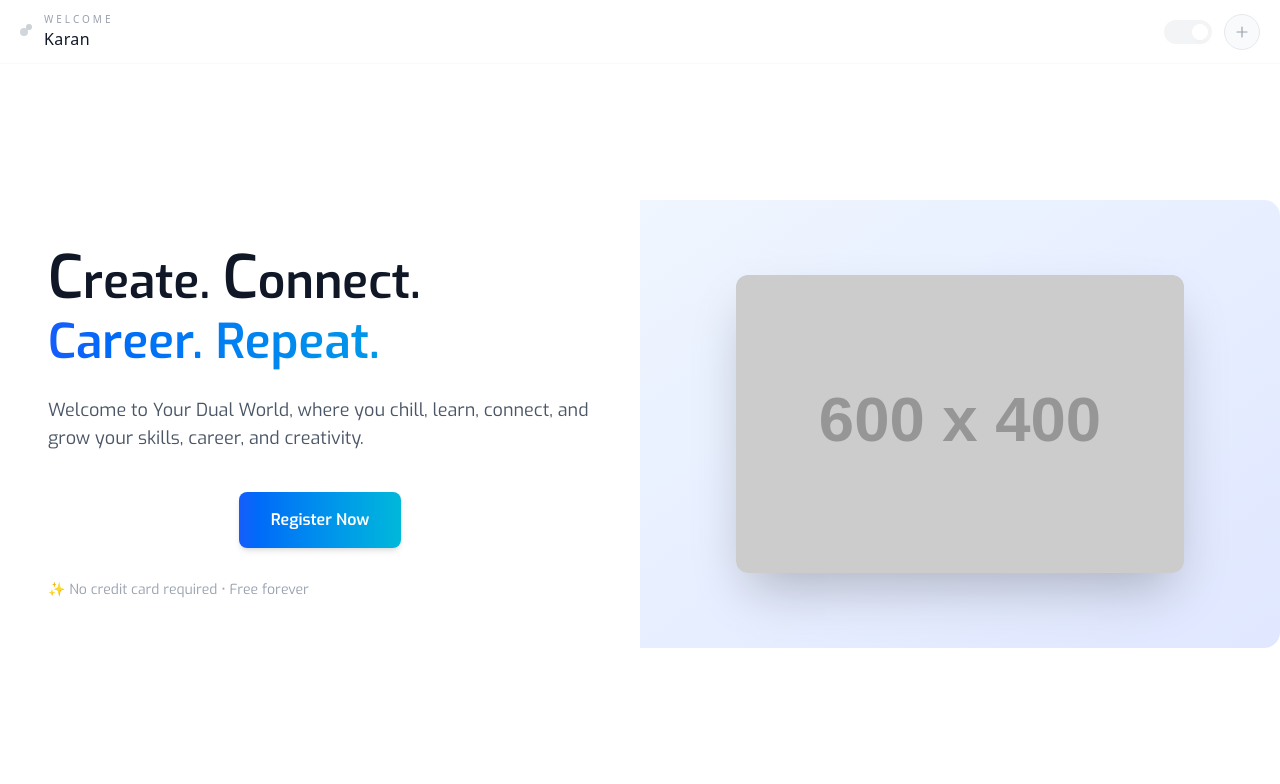
Repository: deepak445566/job
Page: / (app in frontend/)
An editor plug-in stored every save of this project. The page is shown before and after the next save, followed by the edit.
The browser window is 1280 px wide. The pictures show the whole page.
The page's requests for data from a server got no answer. Some web fonts or font styles are not loaded; a fallback is used. The project was rebuilt for these pictures with package versions that can differ from the ones it lists, and the page was loaded fresh each time. Some packages were replaced by stand-ins written for this rebuild. No one was signed in, and anything a server would have sent is missing. Also part of the build but not shown: frontend/vite.config.js, frontend/src/Components/auth/Login.jsx, frontend/src/Components/study/StudyDashboard.jsx, frontend/src/Components/chill/ChillDashboard.jsx.

Above is the page before, as saved 2026-02-26 14:08:42.

### frontend/index.html
<!doctype html>
<html lang="en">
  <head>
    <meta charset="UTF-8" />
    <link rel="icon" type="image/svg+xml" href="/vite.svg" />
    <meta name="viewport" content="width=device-width, initial-scale=1.0" />
    <title>frontend</title>
    <link rel="preconnect" href="https://fonts.googleapis.com">
<link rel="preconnect" href="https://fonts.gstatic.com" crossorigin>
<link href="https://fonts.googleapis.com/css2?family=Exo:ital,wght@0,100..900;1,100..900&family=Playfair+Display:ital,wght@0,400..900;1,400..900&display=swap" rel="stylesheet">
  </head>
  <body>
    <div id="root"></div>
    <script type="module" src="/src/main.jsx"></script>
  </body>
</html>

### frontend/src/main.jsx
import { StrictMode } from 'react'
import { createRoot } from 'react-dom/client'
import './index.css'
import App from './App.jsx'
import {BrowserRouter} from 'react-router-dom'
import { AppContextProvider } from './context/AppContextProvider.jsx'




createRoot(document.getElementById('root')).render(
  <BrowserRouter>
  <AppContextProvider>
  <StrictMode>
    <App />
  </StrictMode>
  </AppContextProvider>
  </BrowserRouter>
)

### frontend/src/index.css
@import "tailwindcss";
.exo{
  font-family: "Exo", sans-serif;

  font-style: normal;
}

### frontend/src/App.jsx
import React from "react";
import Login from "./Components/auth/Login";
import { Route, Routes } from "react-router-dom";
import Dashboard from "./Components/Dashboard";
import { useAppContext } from "./context/AppContextProvider";
import Navbar from "./Components/common/Navbar";

function App() {
  const { showLogin } = useAppContext(); // user bhi lein context se

  return (
    <div>
      {/* Navbar hamesha dikhega */}
      <Navbar />

      {/* Login modal - tabhi dikhega jab showLogin true ho */}
      {showLogin && <Login />}

      <Routes>
        <Route path="/" element={<Dashboard />} />
      </Routes>
    </div>
  );
}

export default App;

### frontend/src/context/AppContextProvider.jsx
import { useContext, useEffect, useState } from "react";
import { useNavigate } from "react-router-dom";
import axios from "axios";
import { AppContext } from "./AppContext";
import toast from 'react-hot-toast';

axios.defaults.withCredentials = true;
axios.defaults.baseURL = import.meta.env.VITE_BACKEND_URL;
console.log("Base URL:", import.meta.env.VITE_BACKEND_URL);

export const AppContextProvider = ({ children }) => {
  const navigate = useNavigate();
  const [user, setUser] = useState(null);
  const [mode, setMode] = useState('chill'); // Default 'chill' ya 'study'
  const [showLogin, setShowLogin] = useState(false);
  const [loading, setLoading] = useState(true);

  const fetchUser = async () => {
    try {
      const { data } = await axios.get("/api/auth/isauth");
      if (data.success) {
        setUser(data.user);
        // User login hai toh uski mode fetch karo
        fetchUserMode();
      }
    } catch (error) {
      setUser(null);
    } finally {
      setLoading(false);
    }
  };

  // User ka mode fetch karne ka function
  const fetchUserMode = async () => {
    try {
      const { data } = await axios.get("/api/mode/");
      if (data.success) {
        setMode(data.mode);
      }
    } catch (error) {
      console.log("Error fetching mode:", error);
    }
  };

  // Mode toggle karne ka function
  const toggleMode = async () => {
    if (!user) {
      toast.error("Please login first");
      setShowLogin(true);
      return;
    }

    try {
      const { data } = await axios.put("/api/mode/switch");
      if (data.success) {
        setMode(data.mode);
        toast.success(data.message);
      }
    } catch (error) {
      toast.error(error.response?.data?.message || "Error switching mode");
    }
  };

  useEffect(() => {
    fetchUser();
  }, []);

  return (
    <AppContext.Provider
      value={{
        navigate,
        user,
        setUser,
        axios,
        setShowLogin,
        showLogin,
        mode,
        setMode,
        toggleMode,
        loading
      }}
    >
      {children}
    </AppContext.Provider>
  );
};

export const useAppContext = () => useContext(AppContext);

### frontend/src/Components/Dashboard.jsx
// components/Dashboard.jsx
import React from 'react';
import { useAppContext } from '../context/AppContextProvider';
import StudyDashboard from './study/StudyDashboard';
import ChillDashboard from './chill/ChillDashboard';

function Dashboard() {
  const { mode, user, setShowLogin, loading } = useAppContext();

  // Loading state
  if (loading) {
    return (
      <div className="min-h-screen flex items-center justify-center">
        <div className="text-center">
          <div className="w-16 h-16 border-4 border-blue-500 border-t-transparent rounded-full animate-spin mx-auto mb-4"></div>
          <p className="text-gray-600">Loading dashboard...</p>
        </div>
      </div>
    );
  }

  // Agar user login nahi hai
  if (!user) {
    return (
     <div className="min-h-screen  flex items-center justify-center  exo">

      <div className=" w-full   rounded-2xl overflow-hidden flex flex-col md:flex-row">

        {/* Left side: Text and button */}
        <div className="w-full md:w-1/2 p-5 sm:p-10 lg:p-12 flex flex-col justify-center space-y-6">
          {/* Heading */}
          <h1 className="text-4xl sm:text-5xl font-semibold text-gray-900 leading-tight">
           <span className='text-6xl'>C</span>reate.  <span className='text-6xl'>C</span>onnect.
            <span className="text-transparent bg-clip-text bg-gradient-to-r from-blue-600 to-cyan-500 block ">
            Career. Repeat.
            </span>
          </h1>

          {/* Paragraph */}
          <p className="text-lg text-gray-600 ">
           Welcome to Your Dual World, where you chill, learn, connect, and grow your skills, career, and creativity.
          </p>

          {/* Register Now Button */}
          <div className="pt-4 flex justify-center">
            <button className="px-8 py-4 bg-gradient-to-r from-blue-600 to-cyan-500 text-white font-semibold rounded-lg shadow-md hover:shadow-lg transform hover:scale-105 transition-all duration-300 ease-in-out focus:outline-none focus:ring-2 focus:ring-blue-400 focus:ring-offset-2">
              Register Now
            </button>
          </div>

          {/* Optional extra trust indicator */}
          <p className="text-sm text-gray-400 pt-2">✨ No credit card required • Free forever</p>
        </div>

        {/* Right side: Image */}
        <div className="w-full md:w-1/2 bg-gradient-to-br from-blue-50 to-indigo-100 flex items-center justify-center p-8 sm:p-10 lg:p-12">
          {/*
            Using a placeholder image from placeholder.com.
            Replace the src with your own image.
            The image is made responsive with object-fit to maintain aspect ratio.
          */}
          <img
            src="https://placehold.co/600x400/3b82f6/ffffff/png?text=Your+Image+Here&font=montserrat"
            alt="Hero visual representing our platform"
            className="w-full h-auto max-w-md rounded-xl shadow-2xl object-cover transform hover:scale-105 transition-transform duration-500"
          />
        </div>
      </div>
    </div>
    );
  }

  // Mode ke hisaab se dashboard render karo
  return (
    <div className="transition-all duration-500">
      {mode === 'study' ? <StudyDashboard /> : <ChillDashboard />}
    </div>
  );
}

export default Dashboard;

### frontend/src/Components/common/Navbar.jsx
import React, { useState } from "react";
import { useAppContext } from "../../context/AppContextProvider";
import toast from "react-hot-toast";

function Navbar() {
  const { user, setUser, axios, setShowLogin, navigate, mode, toggleMode } =
    useAppContext();
  const [loggingOut, setLoggingOut] = useState(false);
  const [togglingMode, setTogglingMode] = useState(false);
  const [showProfileMenu, setShowProfileMenu] = useState(false);

  const handleLogout = async () => {
    try {
      setLoggingOut(true);
      const { data } = await axios.post("/api/auth/logout");
      if (data.success) {
        setUser(null);
        setShowLogin(true);
        toast.success("Logged out successfully");
        navigate("/");
      } else {
        toast.error(data.message || "Logout failed");
      }
    } catch (error) {
      toast.error(error.response?.data?.message || "Error logging out");
    } finally {
      setLoggingOut(false);
      setShowProfileMenu(false);
    }
  };

  const handleToggleMode = async () => {
    try {
      setTogglingMode(true);
      await toggleMode();
    } catch (error) {
      console.error("Error toggling mode:", error);
    } finally {
      setTogglingMode(false);
    }
  };

  const handleProfileClick = () => {
    if (user) {
      setShowProfileMenu(!showProfileMenu);
    } else {
      setShowLogin(true);
    }
  };

  // Get first letter of name for avatar
  const getInitial = () => {
    if (user?.username) return user.username[0].toUpperCase();
    if (user?.email) return user.email[0].toUpperCase();
    return 'K';
  };

  return (
    <nav className="bg-white/80 backdrop-blur-xl px-5 py-3 border-b border-gray-100/50 sticky top-0 z-50">
      <div className="flex justify-between items-center max-w-7xl mx-auto">
        {/* Left Side - Minimal Luxury Greeting */}
        <div className="flex items-center gap-4">
          {/* Ultra-minimal greeting dot */}
          <div className="relative">
            <div className="w-2 h-2 bg-gray-300 rounded-full"></div>
            <div className="absolute -top-1 -right-1 w-1.5 h-1.5 bg-gray-400 rounded-full opacity-50"></div>
          </div>

          {/* Name with exquisite typography */}
          <div className="flex flex-col">
            <span className="text-[10px] uppercase tracking-[0.3em] text-gray-400 font-light">
              Welcome
            </span>
            <div className="flex items-center gap-2">
              <span className="text-base font-light text-gray-900 tracking-wide">
                {user?.username || user?.email?.split('@')[0] || 'Karan'}
              </span>
              {user && (
                <span className="w-1 h-1 bg-gray-300 rounded-full"></span>
              )}
            </div>
          </div>
        </div>

        {/* Right Side - Ultra Minimal Actions */}
        <div className="flex items-center gap-3">
          {/* Mode Toggle - Refined Switch */}
          <button
            onClick={handleToggleMode}
            disabled={togglingMode || !user}
            className={`relative w-12 h-6 rounded-full transition-all duration-700 ${
              user
                ? mode === 'study'
                  ? 'bg-gray-900'
                  : 'bg-gray-400'
                : 'bg-gray-100 cursor-not-allowed'
            }`}
            title={!user ? "Login to switch mode" : `Switch to ${mode === 'study' ? 'Chill' : 'Study'}`}
          >
            <span
              className={`absolute top-1 left-1 w-4 h-4 bg-white rounded-full shadow-xl transform transition-all duration-500 ease-in-out ${
                mode === 'chill' ? 'translate-x-6' : ''
              }`}
            />
          </button>

          {/* Profile - Museum Quality */}
          <div className="relative">
            <button
              onClick={handleProfileClick}
              className="group relative focus:outline-none"
            >
              {/* Ultra subtle ring */}
              {user && (
                <div className="absolute -inset-0.5 bg-gradient-to-r from-gray-200 to-gray-300 rounded-full opacity-0 group-hover:opacity-100 transition-opacity duration-500 blur-[1px]"></div>
              )}

              {/* Minimal Avatar */}
              <div className={`relative w-9 h-9 rounded-full flex items-center justify-center transition-all duration-300 ${
                user
                  ? 'bg-gray-900 text-white border border-white/20'
                  : 'bg-gray-50 text-gray-400 border border-gray-200'
              }`}>
                {user ? (
                  <span className="text-xs font-light tracking-wider">{getInitial()}</span>
                ) : (
                  <svg width="16" height="16" viewBox="0 0 16 16" fill="none" xmlns="http://www.w3.org/2000/svg">
                    <path d="M8 3V13M3 8H13" stroke="currentColor" strokeWidth="1.2" strokeLinecap="round"/>
                  </svg>
                )}
              </div>
            </button>

            {/* Profile Menu - Minimal Luxury Dropdown */}
            {showProfileMenu && user && (
              <>
                {/* Backdrop */}
                <div
                  className="fixed inset-0 z-40"
                  onClick={() => setShowProfileMenu(false)}
                />

                {/* Menu Card - Like a luxury boutique */}
                <div className="absolute right-0 mt-3 w-56 bg-white/95 backdrop-blur-xl rounded-2xl shadow-[0_20px_40px_-15px_rgba(0,0,0,0.1)] border border-gray-100/80 z-50 overflow-hidden">
                  {/* User Info - Minimal */}
                  <div className="px-5 py-4 border-b border-gray-100/50">
                    <p className="text-xs text-gray-400 uppercase tracking-[0.2em] mb-2 font-light">
                      Account
                    </p>
                    <p className="text-sm font-medium text-gray-900 mb-0.5">
                      {user.username || 'User'}
                    </p>
                    <p className="text-xs text-gray-400 truncate font-light">
                      {user.email || 'user@example.com'}
                    </p>
                  </div>

                  {/* Menu Items - Refined */}
                  <div className="p-2">
                    <button
                      onClick={() => {
                        setShowProfileMenu(false);
                        navigate('/profile');
                      }}
                      className="w-full px-4 py-2.5 text-left hover:bg-gray-50/80 rounded-xl transition-all duration-200 flex items-center gap-3 text-gray-600 group"
                    >
                      <span className="text-sm opacity-50 group-hover:opacity-100 transition-opacity">👤</span>
                      <span className="text-xs font-light tracking-wide">Profile</span>
                    </button>

                    <button
                      onClick={() => {
                        setShowProfileMenu(false);
                        navigate('/settings');
                      }}
                      className="w-full px-4 py-2.5 text-left hover:bg-gray-50/80 rounded-xl transition-all duration-200 flex items-center gap-3 text-gray-600 group"
                    >
                      <span className="text-sm opacity-50 group-hover:opacity-100 transition-opacity">⚙️</span>
                      <span className="text-xs font-light tracking-wide">Settings</span>
                    </button>

                    <div className="h-px bg-gray-100/50 my-2"></div>

                    <button
                      onClick={handleLogout}
                      disabled={loggingOut}
                      className="w-full px-4 py-2.5 text-left hover:bg-red-50/50 rounded-xl transition-all duration-200 flex items-center gap-3 text-red-400 group"
                    >
                      <span className="text-sm opacity-50 group-hover:opacity-100 transition-opacity">🚪</span>
                      <span className="text-xs font-light tracking-wide flex-1">
                        {loggingOut ? "Exiting..." : "Sign out"}
                      </span>
                      {loggingOut && (
                        <span className="w-3 h-3 border border-red-300 border-t-transparent rounded-full animate-spin" />
                      )}
                    </button>
                  </div>
                </div>
              </>
            )}
          </div>
        </div>
      </div>
    </nav>
  );
}

export default Navbar;

Loaded but not shown: frontend/src/context/AppContext.jsx (common file)

After the next save:
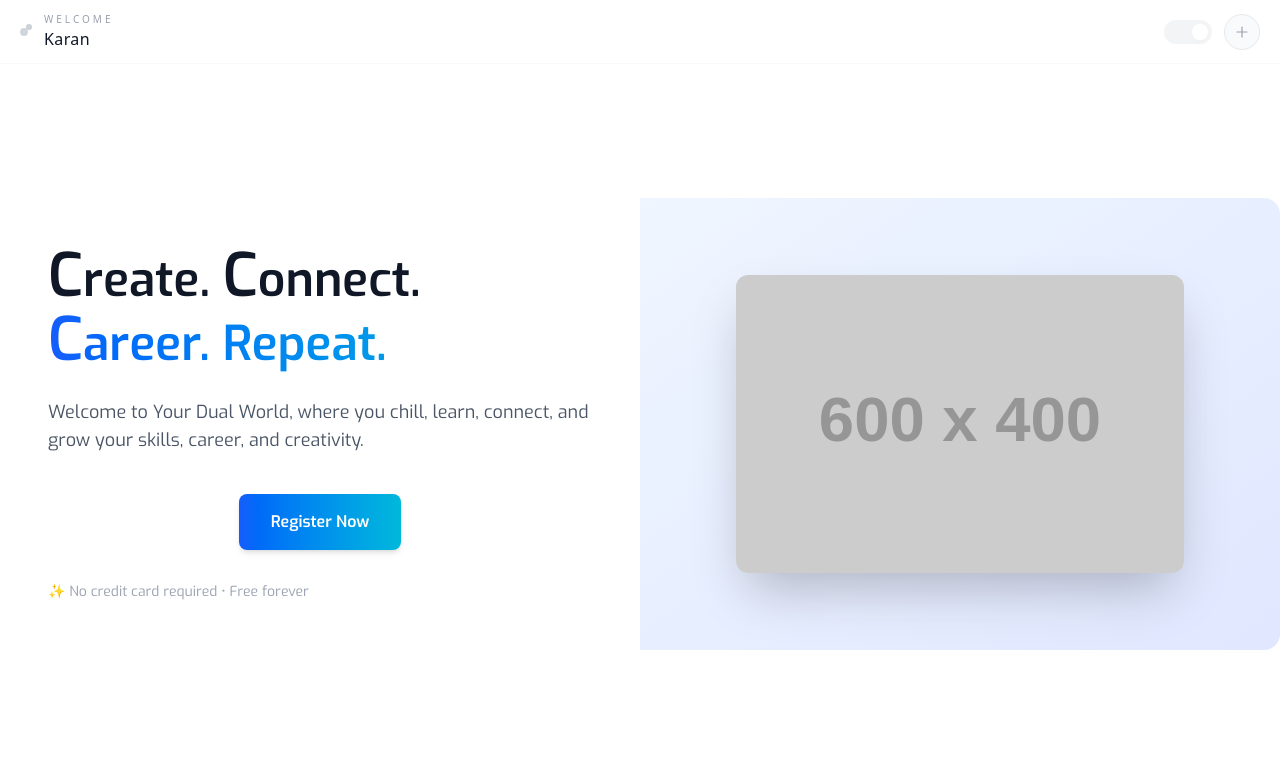
Saved 6 s later.
--- a/frontend/src/Components/Dashboard.jsx
+++ b/frontend/src/Components/Dashboard.jsx
@@ -32,7 +32,7 @@ function Dashboard() {
           <h1 className="text-4xl sm:text-5xl font-semibold text-gray-900 leading-tight">
            <span className='text-6xl'>C</span>reate.  <span className='text-6xl'>C</span>onnect.
             <span className="text-transparent bg-clip-text bg-gradient-to-r from-blue-600 to-cyan-500 block ">
-            Career. Repeat.
+             <span className='text-6xl'>C</span>areer. Repeat.
             </span>
           </h1>
 
